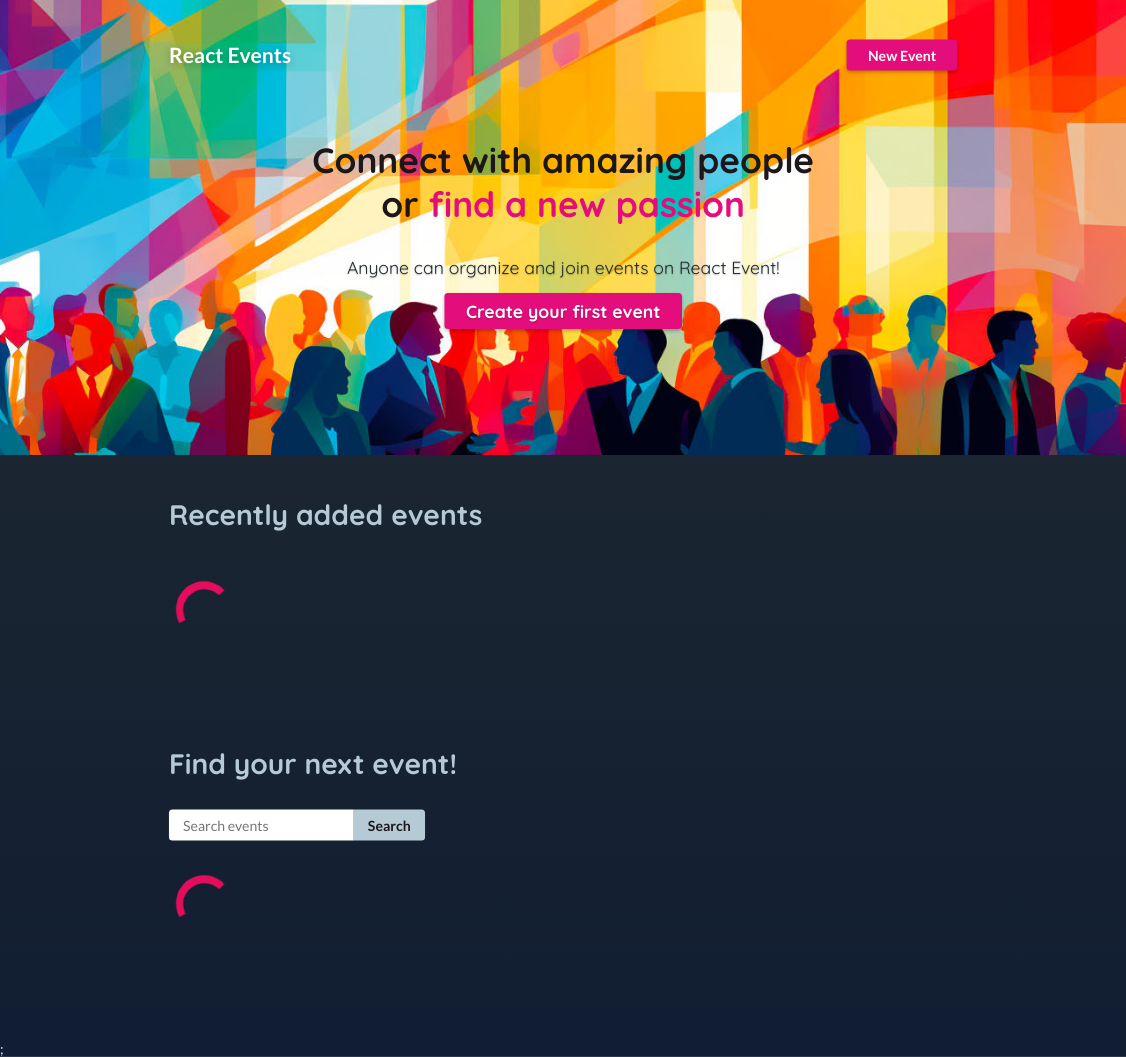
Repository: zhengbinxue/React-Query-Project
Page: /
These files come from the project's save history. The page is drawn as it stood at one moment and after the next save; the edit follows.
The browser window is 1280 px wide. The pictures show the whole page, at 88% of full size.
The page's requests for data from a server got no answer. The project was rebuilt for these pictures with package versions that can differ from the ones it lists, and the page was loaded fresh each time. No one was signed in, and anything a server would have sent is missing. Also part of the build but not shown: vite.config.js, src/components/UI/ErrorBlock.jsx, src/components/Events/EventItem.jsx, src/components/Events/EventDetails.jsx, src/components/UI/Modal.jsx, src/components/ImagePicker.jsx, src/components/Events/EventForm.jsx, src/components/Events/NewEvent.jsx and 1 more.

Above is the page before, as saved 2024-08-09 03:33:58.

After the next save:
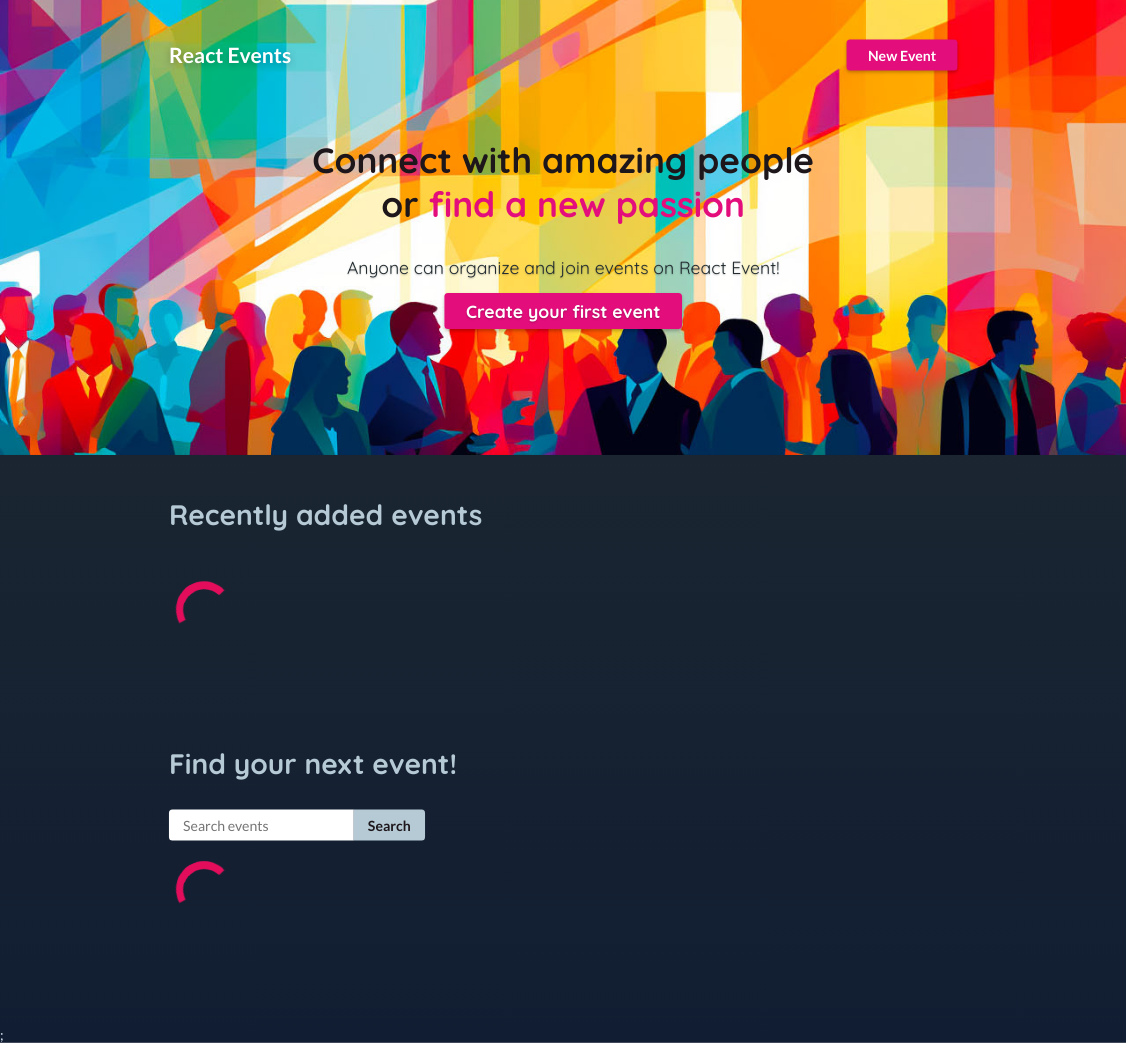
Saved 92 s later.
--- a/src/components/Events/FindEventSection.jsx
+++ b/src/components/Events/FindEventSection.jsx
@@ -58,7 +58,7 @@ export default function FindEventSection() {
           <button>Search</button>
         </form>
       </header>
-      <p>{content}</p>
+      {content}
     </section>
   );
 }
